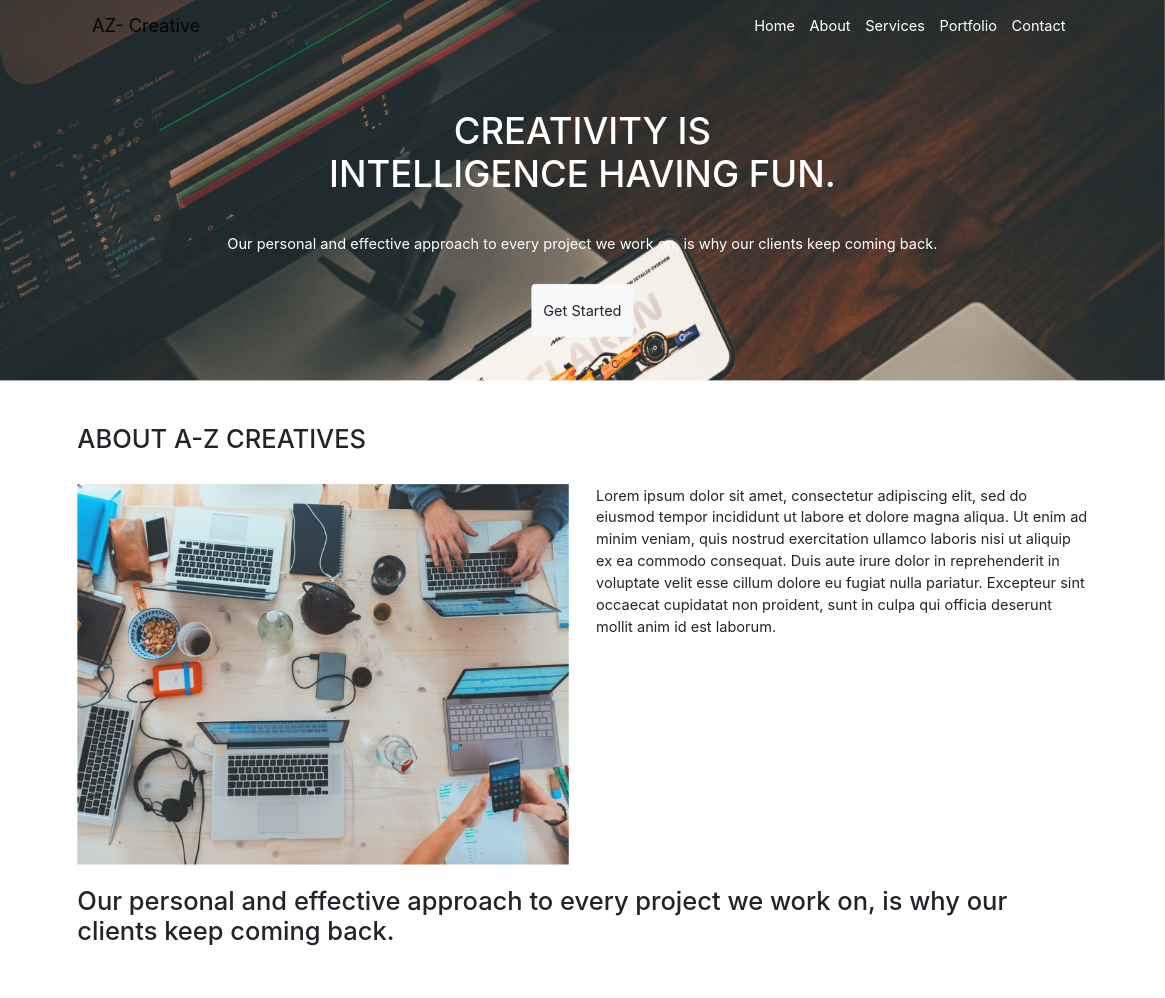
Repository: Syfon01/hng-port
Page: index.html
These files come from the project's save history. The page is drawn as it stood at one moment and after the next save; the edit follows.
The browser window is 1280 px wide. The pictures show the whole page, at 91% of full size.

Above is the page before, as saved 2020-06-27 20:43:11.

After the next save:
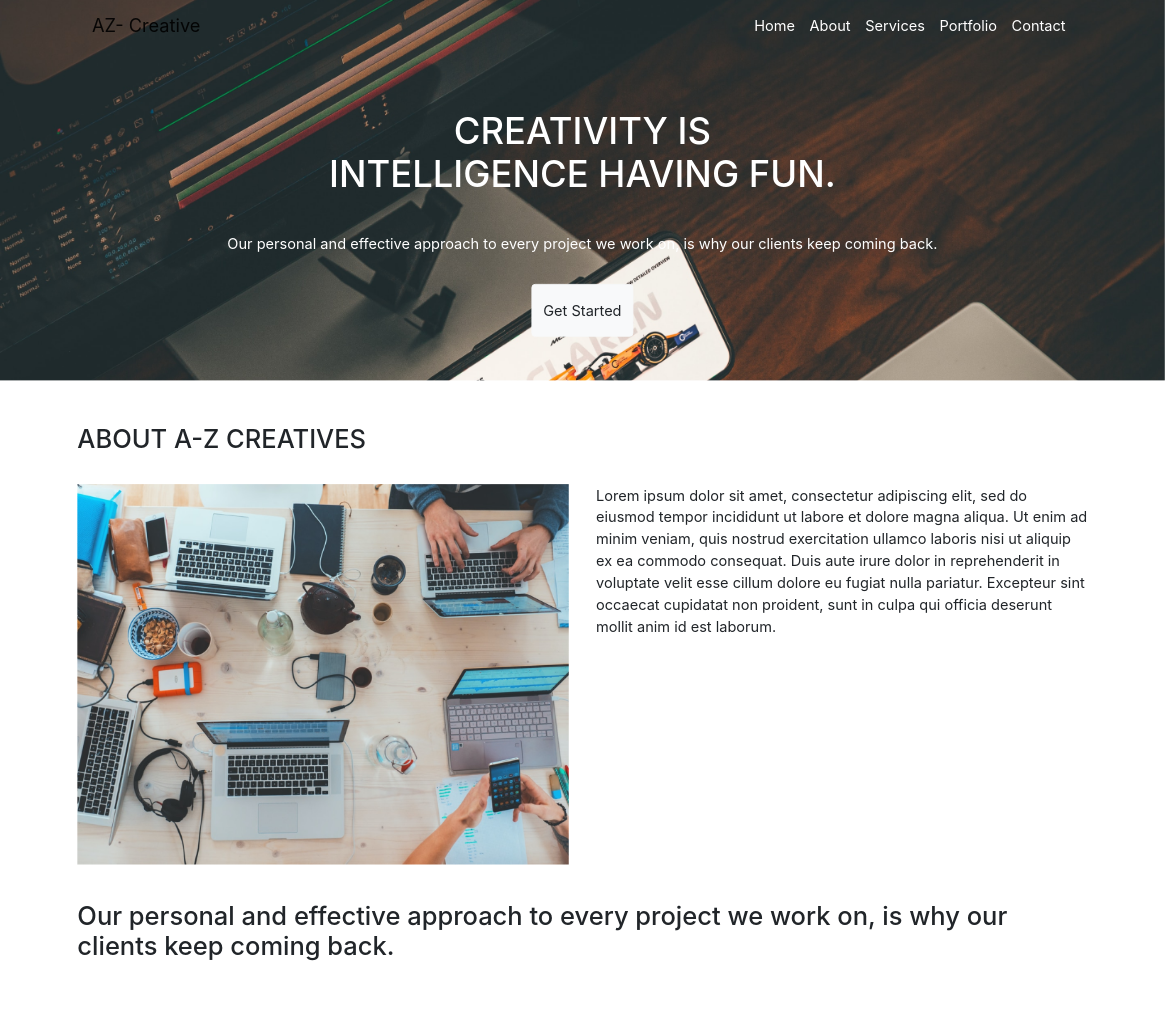
Saved 39 s later.
--- a/index.html
+++ b/index.html
@@ -73,7 +73,7 @@
           </p>
           </div>
         </div>
-        <h3>
+        <h3 class="py-3">
           Our personal and effective approach to every project we work on, is why our clients keep coming back.
         </h3>
       </div>
